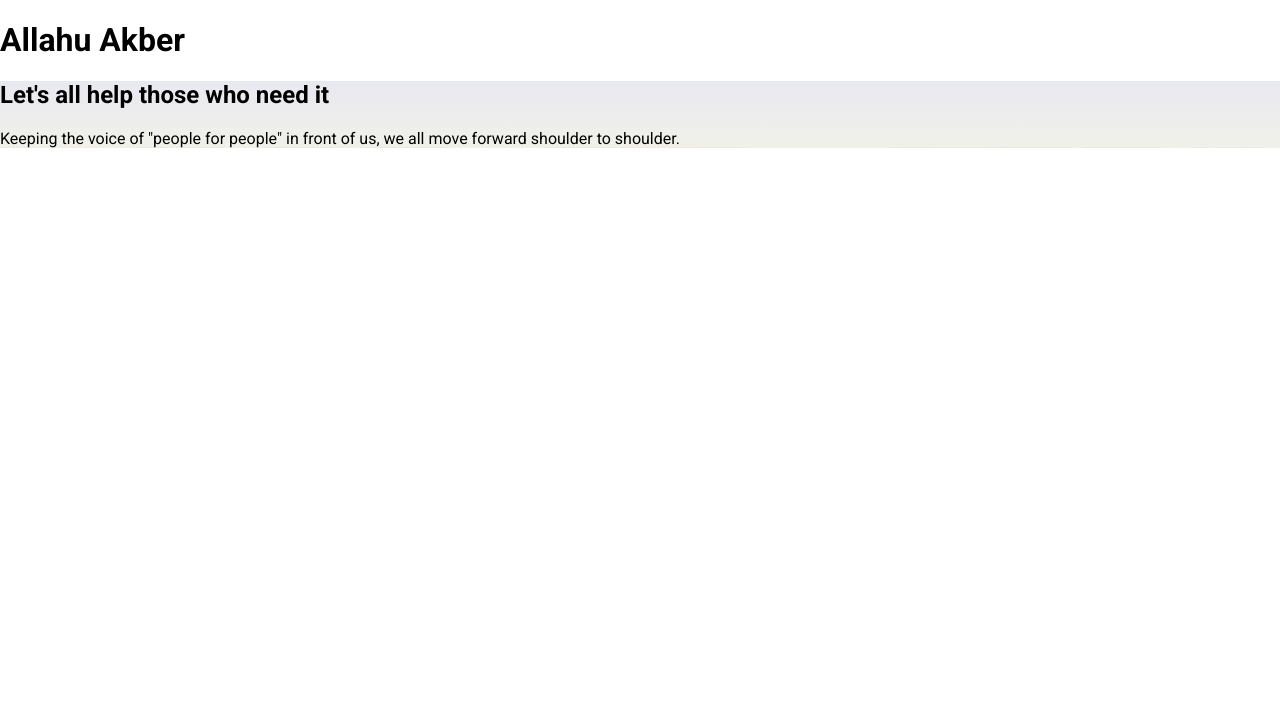
Repository: zjria/suppert-the-helpness
Page: index.html
These files come from the project's save history. The page is drawn as it stood at one moment and after the next save; the edit follows.
The browser window is 1280 px wide. The pictures show the whole page.

Above is the page before, as saved 2022-08-24 10:41:09.

After the next save:
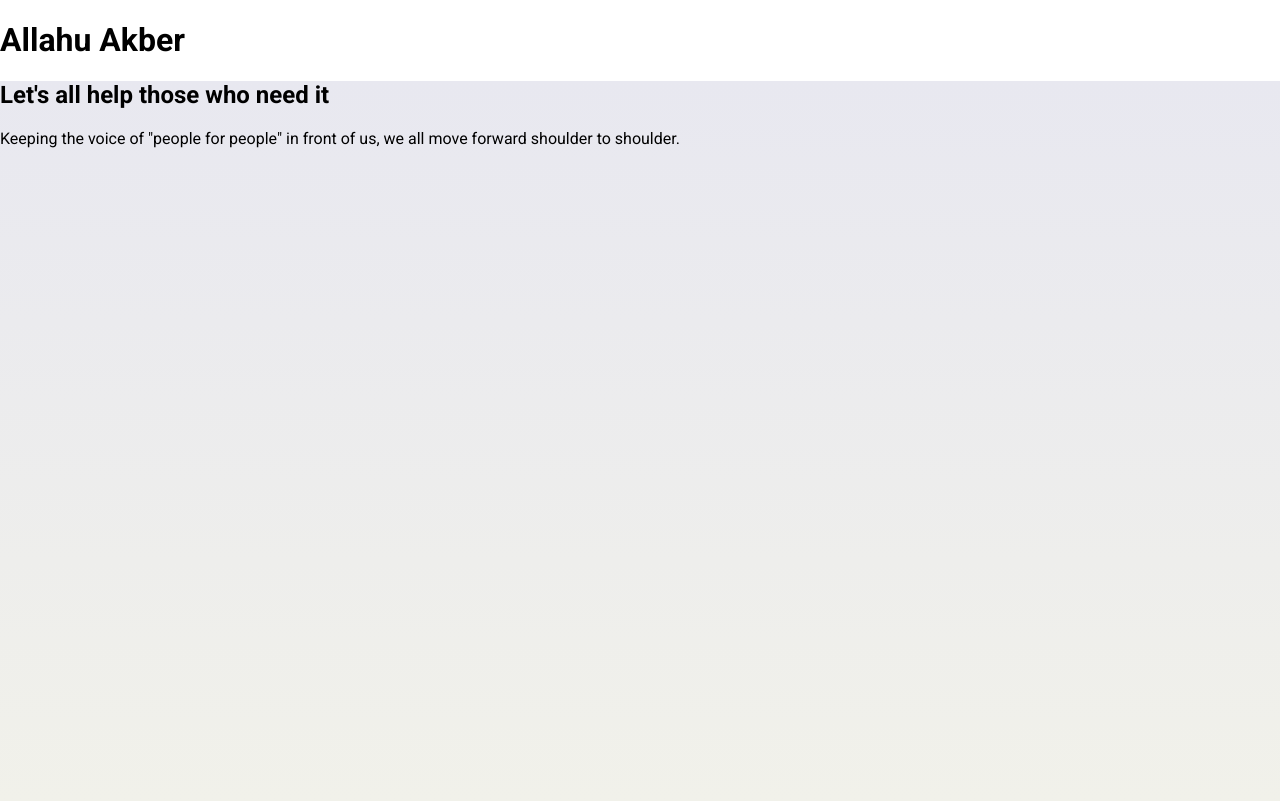
Saved 28 s later.
--- a/style.css
+++ b/style.css
@@ -8,7 +8,8 @@ body {
     background-image: linear-gradient(rgb(232, 232, 240), rgb(241, 241, 234)), url(images/header.jpg);
     background-position: center;
     background-size: cover;
-
+    width: 100%;
+    height: 100vh;
 
 
 
